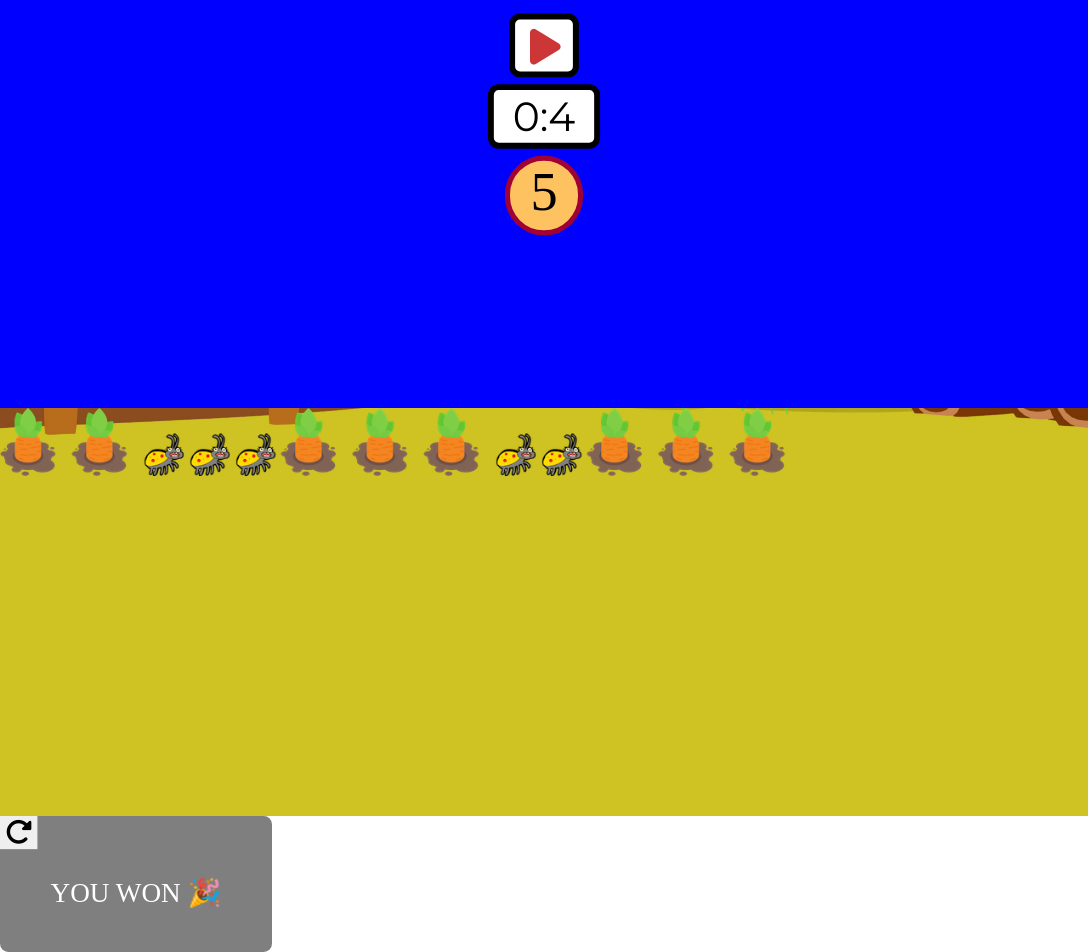
Repository: sephinejo/Mini-carrot-game
Page: index.html
An editor plug-in stored every save of this project. The page is shown before and after the next save, followed by the edit.
The browser window is 1280 px wide. The pictures show the whole page, at 85% of full size.
Some web fonts or font styles are not loaded; a fallback is used. Some web libraries are served in a nearby version.

Above is the page before, as saved 2023-05-15 09:00:44.

### index.html
<!DOCTYPE html>
<html lang="en">
  <head>
    <meta charset="UTF-8" />
    <meta http-equiv="X-UA-Compatible" content="IE=edge" />
    <meta name="viewport" content="width=device-width, initial-scale=1.0" />
    <title>Mini Carrot Game👩‍🌾🥕</title>
    <link rel="stylesheet" href="style.css" />
    <link rel="preconnect" href="https://fonts.googleapis.com" />
    <link rel="preconnect" href="https://fonts.gstatic.com" crossorigin />
    <link
      href="https://fonts.googleapis.com/css2?family=Alice&family=Lato:wght@400;700&family=Montserrat:wght@400;500;600;700&family=Raleway:wght@400;600;700;800&family=Ubuntu&display=swap"
      rel="stylesheet"
    />
    <script
      src="https://kit.fontawesome.com/9ac80604cb.js"
      crossorigin="anonymous"
    ></script>
    <script src="main.js" defer></script>
  </head>
  <body>
    <section class="container">
      <header class="info">
        <button class="info__play">
          <i class="fa-solid fa-play"></i>
        </button>
        <span class="info__timer">0:4</span>
        <span class="info__counter">5</span>
      </header>
      <div class="field">
        <img class="carrot" src="img/carrot.png" alt="carrot" />
        <img class="carrot" src="img/carrot.png" alt="carrot" />
        <img class="bug" src="img/bug.png" alt="bug" />
        <img class="bug" src="img/bug.png" alt="bug" />
        <img class="bug" src="img/bug.png" alt="bug" />
        <img class="carrot" src="img/carrot.png" alt="carrot" />
        <img class="carrot" src="img/carrot.png" alt="carrot" />
        <img class="carrot" src="img/carrot.png" alt="carrot" />
        <img class="bug" src="img/bug.png" alt="bug" />
        <img class="bug" src="img/bug.png" alt="bug" />
        <img class="carrot" src="img/carrot.png" alt="carrot" />
        <img class="carrot" src="img/carrot.png" alt="carrot" />
        <img class="carrot" src="img/carrot.png" alt="carrot" />
      </div>
    </section>
    <section class="pop-up">
      <button class="pop-up__replay">
        <i class="fa-sharp fa-solid fa-rotate-right"></i>
      </button>
      <p class="pop-up__message">YOU WON 🎉</p>
    </section>
  </body>
</html>

### style.css
* {
  box-sizing: border-box;
}

body {
  margin: auto;
}

.container {
  background: url('img/background.png') center/cover;
  height: 60rem;
  display: flex;
  flex-direction: column;
}

.info {
  width: 100%;
  height: 100%;
  background-color: blue;
  display: flex;
  flex-direction: column;
  align-items: center;
  height: 30rem;
  padding: 1rem 0;
}

button {
  border: none;
  outline: none;
  cursor: pointer;
}

.info__play {
  font-size: 3rem;
  color: #cc3636;
  border: 0.45rem solid black;
  border-radius: 0.8rem;
  background-color: white;
  padding: 0.4rem 0.9rem 0rem 1.1rem;
  margin-bottom: 0.5rem;
}

.info__play:hover {
  transform: scale(1.1);
  transition: transform 300ms ease-in;
}

.info__timer {
  font-family: Montserrat;
  font-size: 3rem;
  border: 0.45rem solid black;
  border-radius: 0.8rem;
  background-color: white;
  padding: 0.1rem 1.4rem;
  margin-bottom: 0.5rem;
}

.info__counter {
  font-family: Alice;
  font-size: 4rem;
  border: 0.4rem solid #a10035;
  border-radius: 10rem;
  background-color: #fec260;
  padding: 0 1.5rem 0.5rem;
}

.pop-up {
  width: 20rem;
  height: 10rem;
  background: rgba(0, 0, 0, 0.5);
  border-radius: 0.6rem;
  left: 41%;
}

.pop-up__replay {
  font-size: 2rem;
  outline: none;
}

.pop-up__message {
  font-family: Alice;
  font-size: 2rem;
  text-align: center;
  color: white;
}

Loaded but not shown: main.js (no copy from this time; the picture is the same without it)

After the next save:
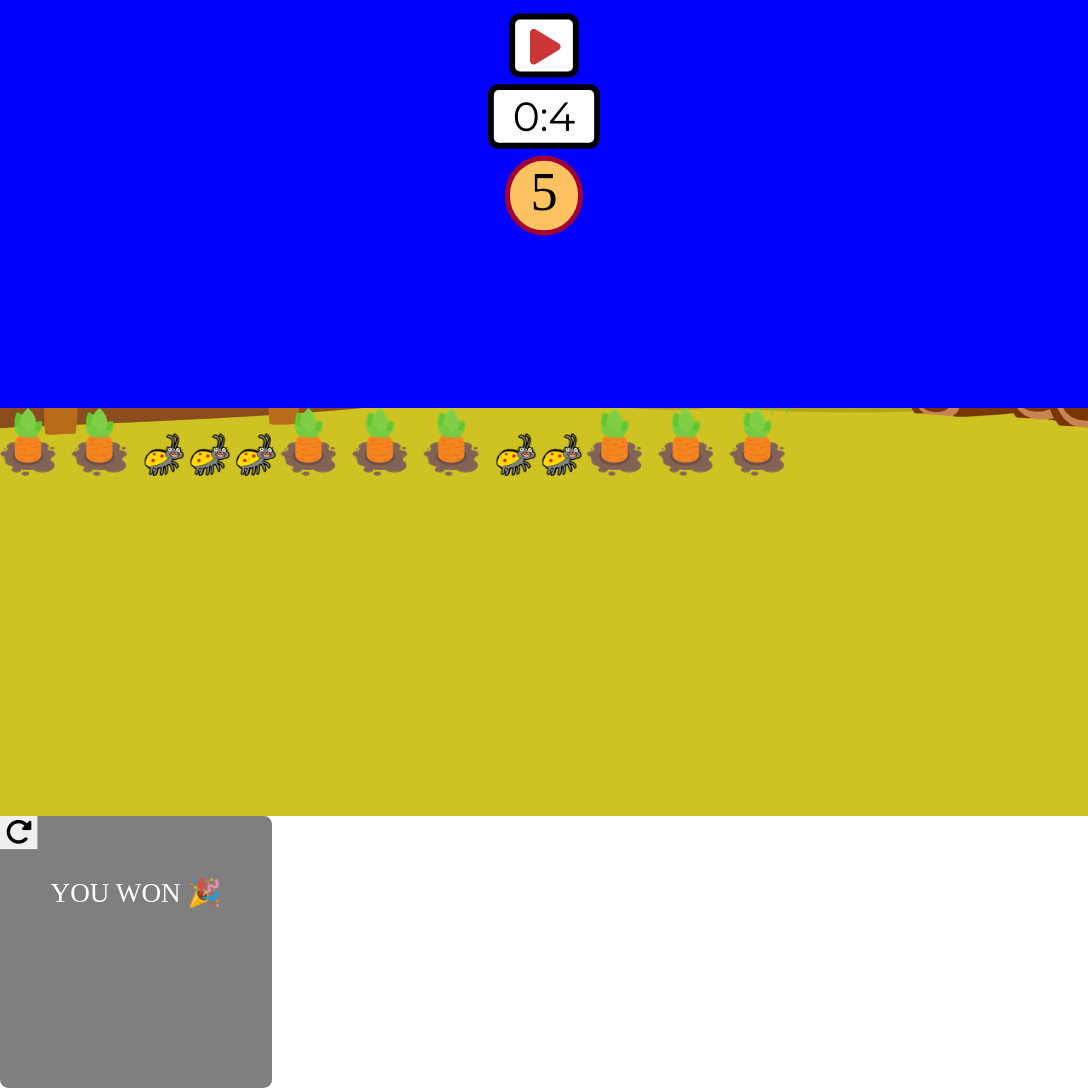
Saved 84 s later.
--- a/style.css
+++ b/style.css
@@ -66,7 +66,7 @@
 
 .pop-up {
   width: 20rem;
-  height: 10rem;
+  height: 20rem;
   background: rgba(0, 0, 0, 0.5);
   border-radius: 0.6rem;
   left: 41%;

After the save that followed:
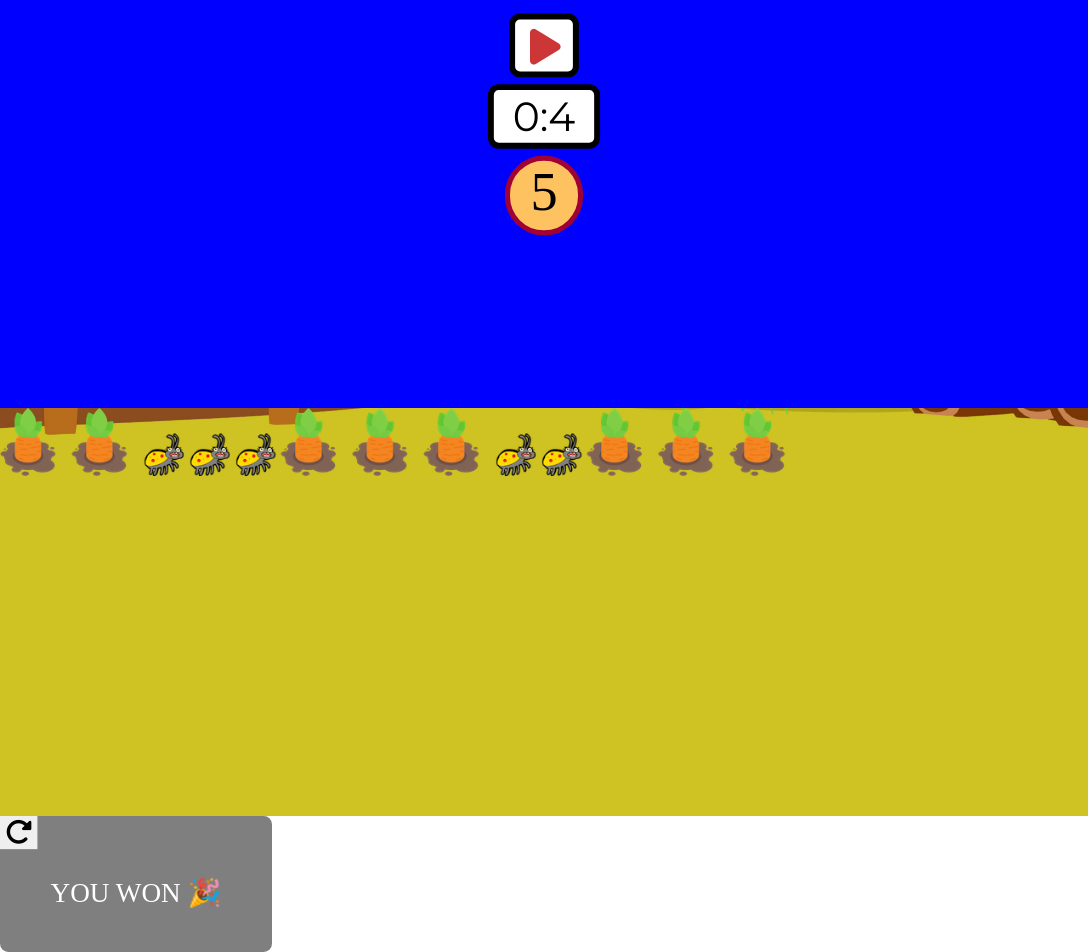
Saved 5 s later.
--- a/style.css
+++ b/style.css
@@ -66,7 +66,7 @@
 
 .pop-up {
   width: 20rem;
-  height: 20rem;
+  height: 10rem;
   background: rgba(0, 0, 0, 0.5);
   border-radius: 0.6rem;
   left: 41%;
